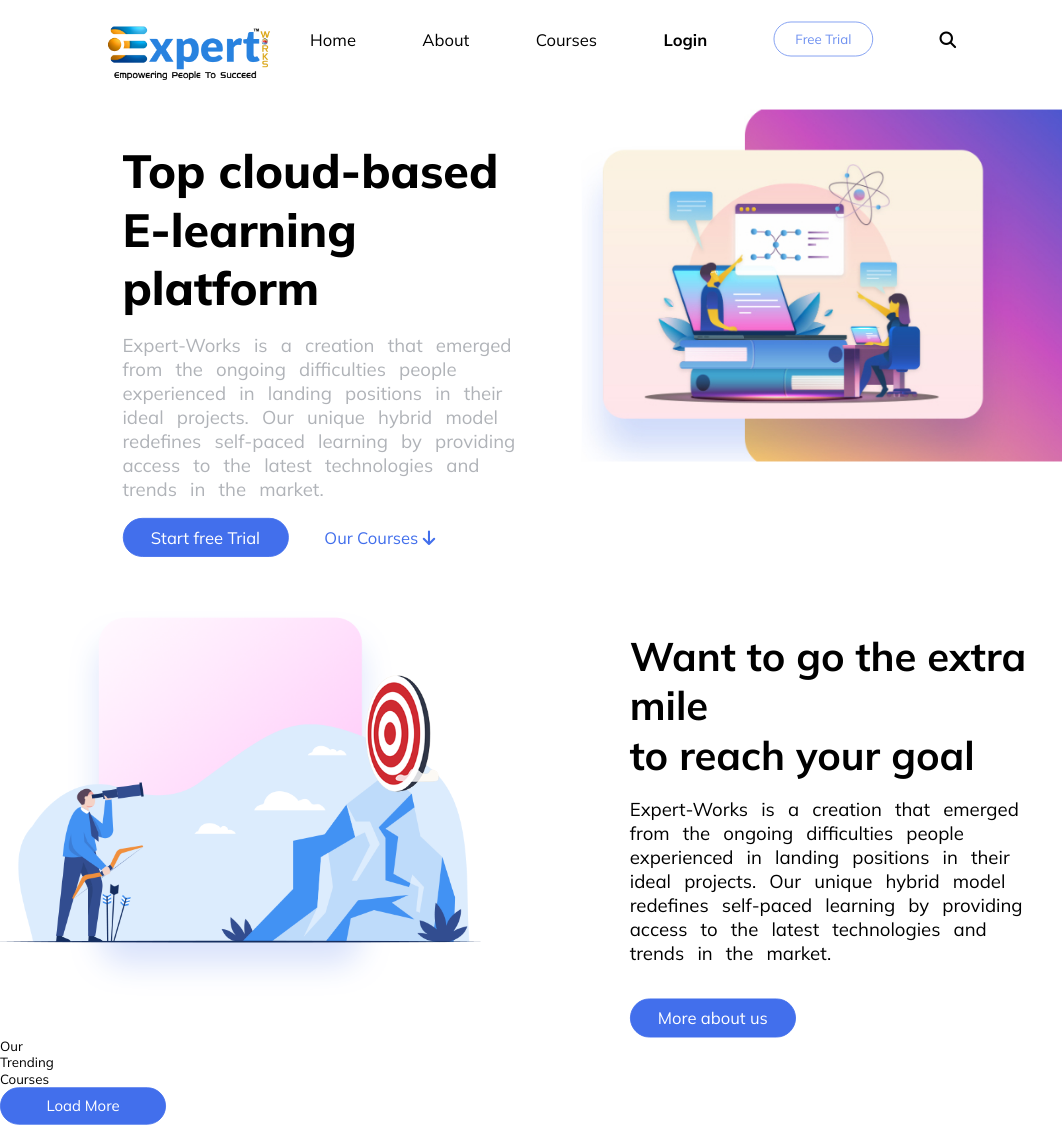
Repository: FlyweisReact/Raghu-B2C
Page: /homePage
These files come from the project's save history. The page is drawn as it stood at one moment and after the next save; the edit follows.
The browser window is 1280 px wide. The pictures show the whole page, at 83% of full size.
Some web libraries are served in a nearby version. The project was rebuilt for these pictures with package versions that can differ from the ones it lists, and the page was loaded fresh each time. Also part of the build but not shown: src/Footer/footer.scss, src/Footer/Footer.jsx, src/component/pages/courses/course.scss, src/component/Navbar/nav.scss, src/component/Navbar/Nav.jsx, src/component/navigation/NavItems.js, src/component/navigation/Dropdown.css, src/component/navigation/Dropdown.js and 43 more.

Above is the page before, as saved 2023-02-03 15:51:29.

After the next save:
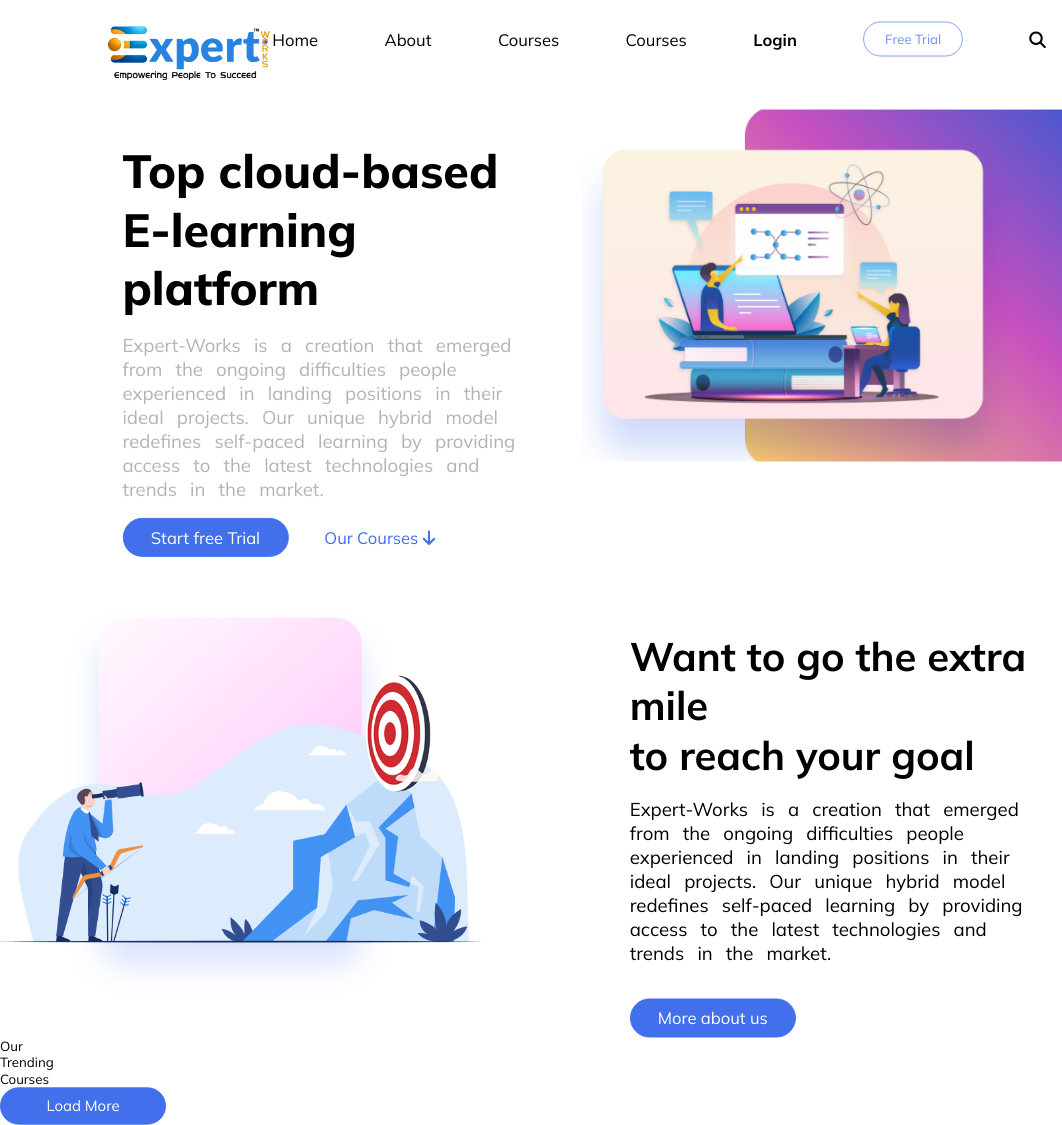
Saved 35 s later.
--- a/src/HomePage.js
+++ b/src/HomePage.js
@@ -20,6 +20,7 @@ const HomePage = () => {
           <ul>
             <li>Home</li>
             <li>About </li>
+            <li>Courses</li>
             <li>Courses</li>
             <li style={{ fontWeight: "bold" }}>Login</li>
             <button>Free Trial</button>
